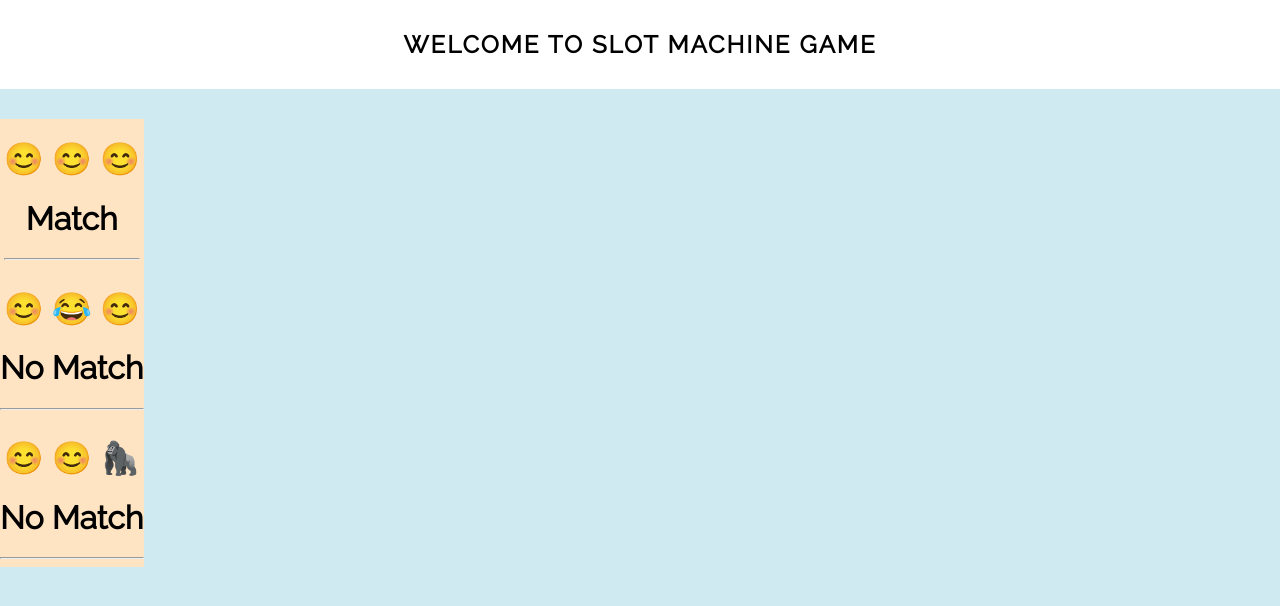
Repository: duggallakshya/slotMachineReact
Page: /
The author's editor kept a copy of each file at every save. The page is drawn from the files as they stood at one save, then again after the next save.
The browser window is 1280 px wide. The pictures show the whole page.
The project was rebuilt for these pictures with package versions that can differ from the ones it lists, and the page was loaded fresh each time.

Above is the page before, as saved 2022-03-23 00:33:32.

### src/index.js
import React from 'react';
import ReactDOM from 'react-dom';
import './index.css';
import App from './App';

ReactDOM.render(
  <App />,
  document.getElementById('root')
)

### src/index.css
@import url('https://fonts.googleapis.com/css2?family=Raleway&display=swap');
body{
  background-color: rgb(207, 235, 241);
  margin: 0;
  padding: 0;

}

.heading-style{
  padding: 30px 0;
  margin-top: 0px;
  text-align: center;
  font-family:'Raleway', sans-serif;
  text-transform: uppercase;
  font-size: 13px;
  letter-spacing: 2px;
  font-weight: 500;
  background-color: #fff;
  font-size: 1.5rem;
  margin-bottom: 30px;
  font-weight: bold;
}

.slot-inner{
  text-align: center;
  font-family: 'Raleway', sans-serif ;
}
.main-div{
  display: inline-flex;
  flex-direction: column;
  height: auto;
  justify-content: center;
  align-items: center;
  background-color: bisque;

}

### src/App.jsx
import React from 'react';
import SlotMachine from './SlotMachine';

const App = () => {
    return(
        <>
            <h1 className="heading-style"> Welcome to Slot machine game </h1>
            <div className="main-div">
                <SlotMachine x ='😊' y ='😊' z ='😊'/>
                <SlotMachine x ='😊' y ='😂' z ='😊'/>
                <SlotMachine x ='😊' y ='😊' z ='🦍'/>
            </div>
        </>
    )
}

export default App;

### src/SlotMachine.jsx
import React from 'react';

const SlotMachine = (props) => {
    if(props.x===props.y && props.y==props.z){
        return (
            <>
                <div className="slot-inner">

                    <h1> {props.x} {props.y} {props.z} </h1>
                    <h1> Match </h1>
                    <hr/>

                </div>
            </>
        )
    }
    else{
        return (
            <>
                <div className="slot-inner">

                    <h1> {props.x} {props.y} {props.z} </h1>
                    <h1> No Match </h1>
                    <hr/>

                </div>
            </>
        )
    }
}

export default SlotMachine;

Loaded but not shown: public/index.html (common file)

After the next save:
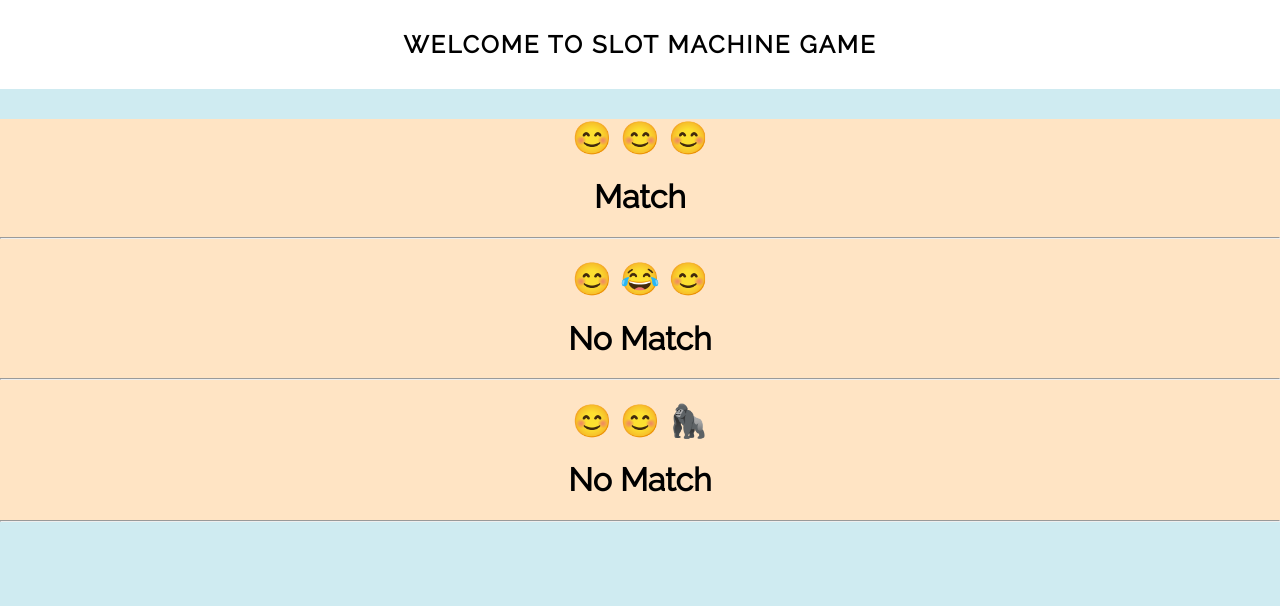
Saved 7 s later.
--- a/src/index.css
+++ b/src/index.css
@@ -26,7 +26,7 @@
   font-family: 'Raleway', sans-serif ;
 }
 .main-div{
-  display: inline-flex;
+  display: in;
   flex-direction: column;
   height: auto;
   justify-content: center;

After the 2 saves that followed:
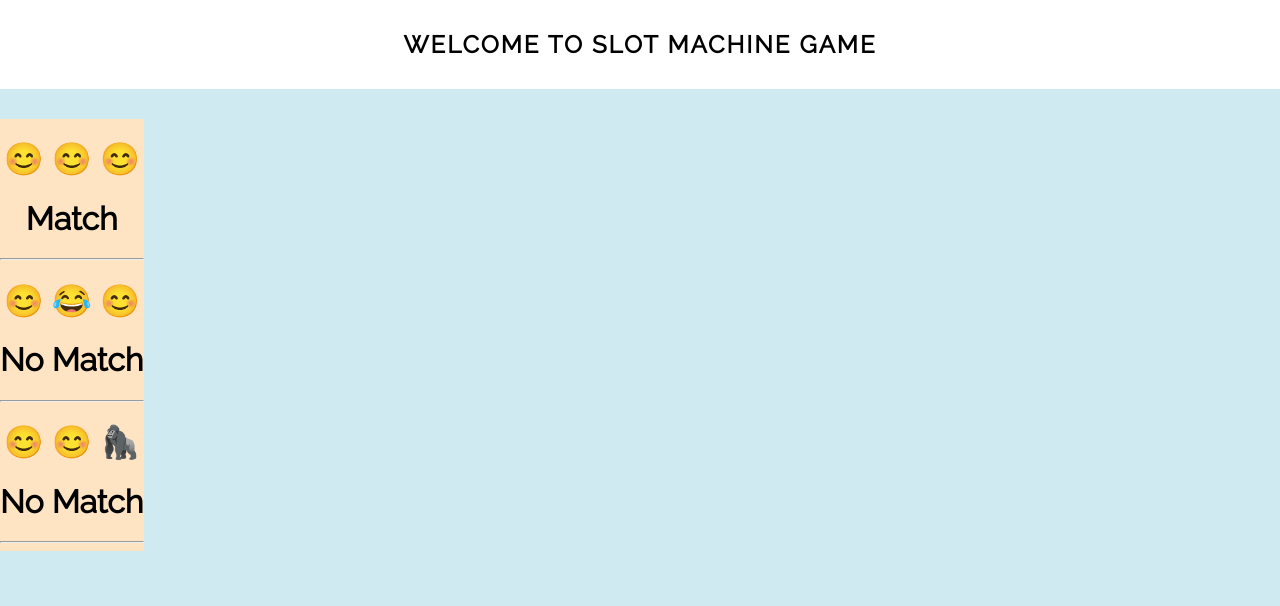
The 2 saves are shown as one change because they came seconds apart.
The last was saved 8 s later.
--- a/src/index.css
+++ b/src/index.css
@@ -26,7 +26,7 @@
   font-family: 'Raleway', sans-serif ;
 }
 .main-div{
-  display: in;
+  display: inline-block;
   flex-direction: column;
   height: auto;
   justify-content: center;
